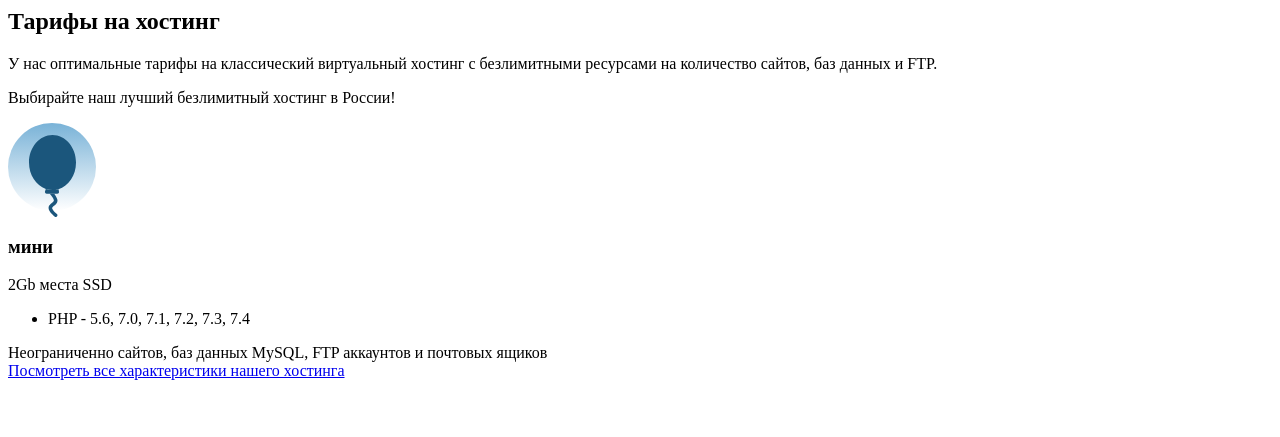
Repository: Inzhir2022/hosting
Page: src/_includes/_tariffs.html
An editor plug-in stored every save of this project. The page is shown before and after the next save, followed by the edit.
The browser window is 1280 px wide. The pictures show the whole page.

Above is the page before, as saved 2022-07-16 17:32:43.

After the next save:
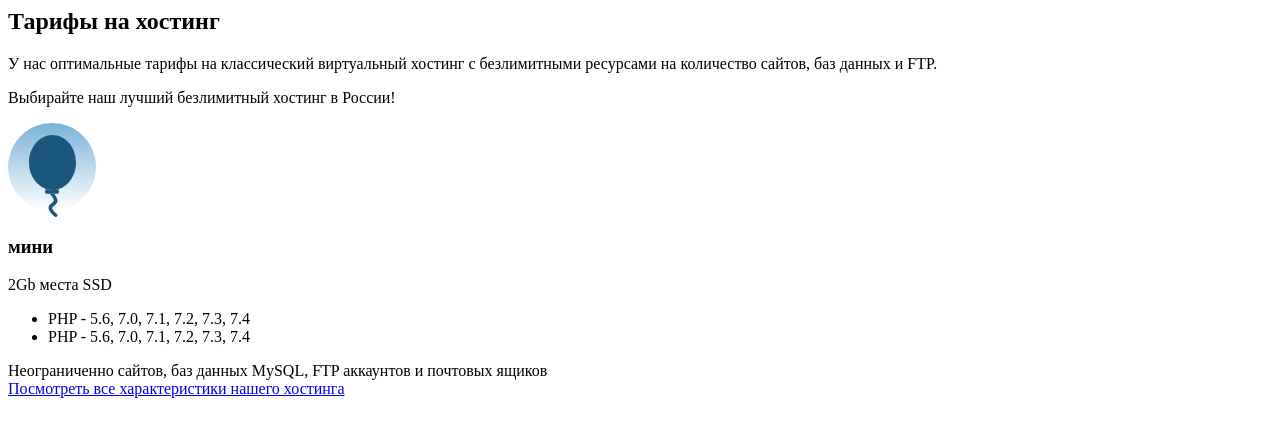
Saved 5 s later.
--- a/src/_includes/_tariffs.html
+++ b/src/_includes/_tariffs.html
@@ -16,6 +16,7 @@
           <div class="card__subheader">2Gb места SSD </div>
           <ul class="card__list">
             <li class="card__item">PHP - 5.6, 7.0, 7.1, 7.2, 7.3, 7.4</li>
+            <li class="card__item">PHP - 5.6, 7.0, 7.1, 7.2, 7.3, 7.4</li>
 
           </ul>
         </div>
